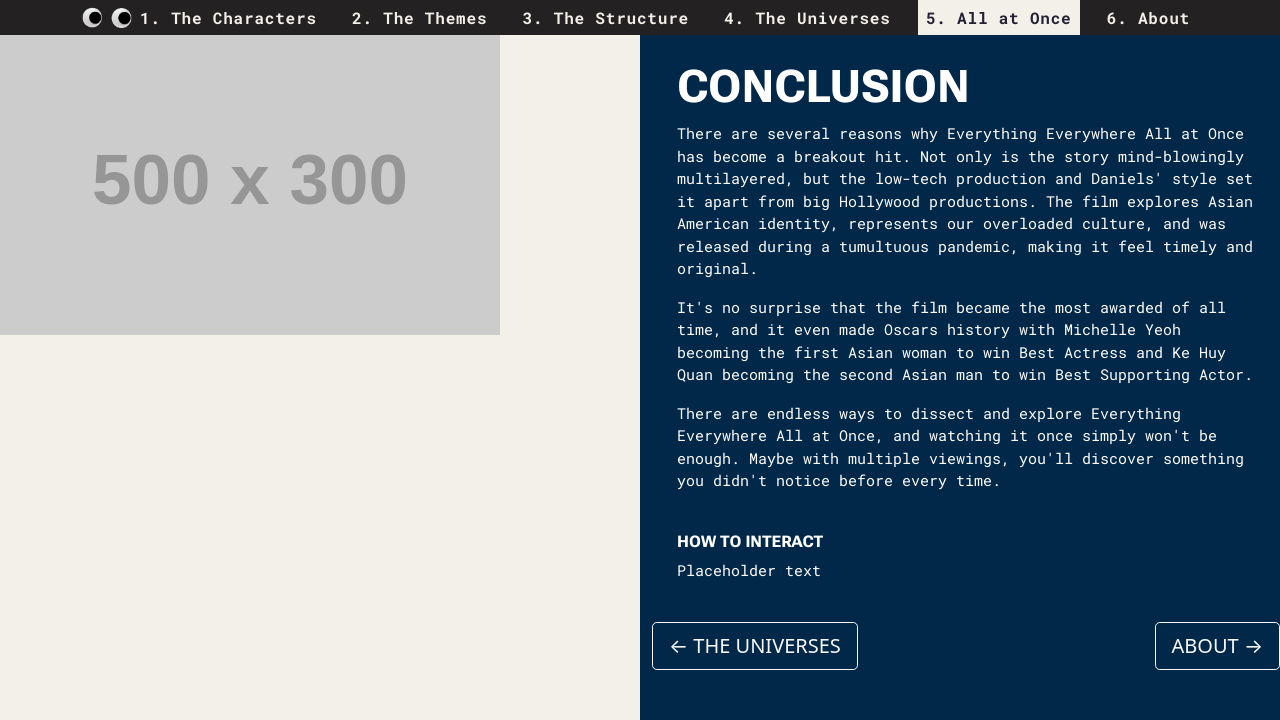
Repository: angelica-hom/msdv-thesis
Page: conclusion.html
The author's editor kept a record of every edit. The page is drawn from the files as they stood at one moment, then again after the next edit.
The browser window is 1280 px wide. The pictures show the whole page.

Above is the page before.

### conclusion.html
<!doctype html>
<html lang="en">
<head>
    <meta charset="utf-8">
    <meta name="viewport" content="width=device-width, initial-scale=1">
    <link href="https://cdn.jsdelivr.net/npm/bootstrap@5.1.3/dist/css/bootstrap.min.css" rel="stylesheet">
    <link href="once.css" rel="stylesheet">
    <title>Decoding Everything Everywhere All at Once</title>
</head>
<body>
    <nav class="navbar navbar-expand-lg navbar-custom">
        <div class="container">
            <a class="navbar-brand" href="index.html">
                <img src="images/Googly Eyes.png" alt="Decoding Everything Everywhere All at Once" height="50">
            </a>
            <div class="collapse navbar-collapse" id="navbarNav">
                <ul class="navbar-nav mx-auto">
                    <li class="nav-item">
                        <a class="nav-link" href="characters.html">1. The Characters</a>
                    </li>
                    <li class="nav-item">
                        <a class="nav-link" href="themes.html">2. The Themes</a>
                    </li>
                    <li class="nav-item">
                        <a class="nav-link" href="structure.html">3. The Structure</a>
                    </li>
                    <li class="nav-item">
                        <a class="nav-link" href="universes.html">4. The Universes</a>
                    </li>
                    <li class="nav-item">
                        <a class="nav-link btn-selected" href="conclusion.html">5. All at Once</a>
                    </li>
                    <li class="nav-item">
                        <a class="nav-link" href="about.html">6. About</a>
                    </li>
                </ul>
            </div>
        </div>
    </nav>

    <div class="container-fluid">
        <div class="row">
            <div class="col-md-6 left-section">
                <img src="https://via.placeholder.com/500x300" alt="Static image" class="img-fluid">
            </div>
            <div class="col-md-6 d-flex flex-column justify-content-center right-section">
                <div id="content">
                    <h2><span class="bold">CONCLUSION</span></h2>
                    <!--<span class="subheading">PLACEHOLDER TEXT</span>-->
                    <br<br><p>There are several reasons why Everything Everywhere
                    All at Once has become a breakout hit. Not only is the story
                    mind-blowingly multilayered, but the low-tech production and
                    Daniels' style set it apart from big Hollywood productions.
                    The film explores Asian American identity, represents our
                    overloaded culture, and was released during a tumultuous
                    pandemic, making it feel timely and original.</p>
                    <p>It's no surprise that the film became the most awarded of
                    all time, and it even made Oscars history with Michelle Yeoh
                    becoming the first Asian woman to win Best Actress and Ke
                    Huy Quan becoming the second Asian man to win Best Supporting
                    Actor.</p>
                    <p>There are endless ways to dissect and explore Everything
                    Everywhere All at Once, and watching it once simply won't be
                    enough. Maybe with multiple viewings, you'll discover something
                    you didn't notice before every time.</p>
                    <br><h3>HOW TO INTERACT</h3>
                    <p>Placeholder text</p>
                </div>
                <div class="nav-sticky-bottom">
                    <div class="d-flex justify-content-between">
                        <a href="universes.html" class="btn btn-outline-light btn-lg">← THE <span class="button-bold">UNIVERSES</span></a>
                        <a href="about.html" class="btn btn-outline-light btn-lg"><span class="button-bold">ABOUT →</span></a>
                    </div>
                </div>
            </div>
        </div>
    </div>

    <script src="conclusion.js"></script>
    <script src="https://cdn.jsdelivr.net/npm/@popperjs/core@2.11.6/dist/umd/popper.min.js"></script>
    <script src="https://cdn.jsdelivr.net/npm/bootstrap@5.1.3/dist/js/bootstrap.min.js"></script>
</body>
</html>

### once.css
@import url('https://fonts.googleapis.com/css2?family=Roboto+Flex:wght@100;200;300;400;500;600;700;800;900;1000&display=swap');
@import url('https://fonts.googleapis.com/css2?family=Roboto+Mono:ital,wght@0,100;0,200;0,300;0,400;0,500;0,600;0,700;1,100;1,200;1,300;1,400;1,500;1,600;1,700&display=swap');

body, html {
    margin: 0;
    height: 100%;
    overflow-x: hidden;
}

.container-fluid {
    height: calc(100% - 35px); /* Subtract navbar height */
    padding: 0;
}

.row {
    height: 100%;
}

/* NAVBAR */
.navbar-custom {
    margin-bottom: 0;
    height: 35px;
    align-items: center; /* Center the navbar content vertically */
    background-color: #232122; /* New navbar background color */
    width: 100%; /* Make the navbar container wider */
    font-family: 'Roboto Mono', monospace; /* Specify the font family */
    font-weight: 700;
}

.navbar-custom .navbar-brand,
.navbar-custom .nav-link {
    color: #F3EFE9;
    padding: 0;
    line-height: 35px;
    font-size: 16px;
    letter-spacing: 0.05em;
    font-family: 'Roboto Mono', monospace;
    margin: 0; /* Add a margin to create more space between nav items */
}

.navbar-custom .navbar-nav {
    flex-grow: 1;
    display: flex;
    justify-content: space-between; /* Spread out the nav items */
}

.navbar-custom .nav-link:hover {
    color: #232122;
    background-color: #F3EFE9; /* New background color on hover */
}

/* Change the background-color and color for the "Characters" button */
.btn-selected {
    background-color: #F3EFE9 !important;
    color: #232133 !important;
}

/*a:focus, a:active, a:hover {*/
/*  outline: none;*/
/*  text-decoration: none;*/
  /*color: #F3EFE9; /* Set the desired color for the links */
/*}*/

/* Change the color of an inactive (unvisited) hyperlink */
a {
    color: #08BDBD; /* Replace with your desired color */
}

/* Change the color of a hyperlink when hovered over */
a:hover {
    color: #5A9; /* Replace with your desired color */
}

/* LEFT SECTION STYLE */
.left-section {
    background-color: #F3EFE9;
}

/* RIGHT SECTION STYLE */
.right-section {
    background-color: #012749;
    color: #FFF; /* Set text color to white for better contrast */
    justify-content: flex-start!important;
}

.right-section #content {
    padding: 25px;
}

.right-section #content h2 {
    font-family: 'Roboto Flex', sans-serif;
    font-style: normal;
    font-weight: 200;
    font-size: 45px;
}

.right-section #content .subheading {
    font-family: 'Roboto Flex', sans-serif;
    font-style: normal;
    font-weight: 800;
    font-size: 16px;
}

.right-section #content h3 {
    font-family: 'Roboto Flex', sans-serif;
    font-style: normal;
    font-weight: 800;
    font-size: 16px;
}

@media (max-width: 768px) {
  h2 {
    font-size: 28px;
  }
}

.right-section #content .bold {
    font-weight: 800;
}

.right-section #content p {
    font-family: 'Roboto Mono', monospace;
    font-style: normal;
    font-weight: 400;
    font-size: 15px;
}

/* VISUALIZATION */
.vertical-center {
  margin: 0;
  position: relative;
  top: 50%;
  -ms-transform: translateY(-50%);
  transform: translateY(-50%);
}

### conclusion.js
document.addEventListener('keydown', function (event) {
    if (event.code === 'ArrowLeft') {
        window.location.href = 'universes.html';
    }
});

document.addEventListener('keydown', function (event) {
    if (event.code === 'ArrowRight') {
        window.location.href = 'about.html';
    }
});

### conclusion.css
@import url('https://fonts.googleapis.com/css2?family=Roboto+Flex:wght@100;200;300;400;500;600;700;800;900;1000&display=swap');
@import url('https://fonts.googleapis.com/css2?family=Roboto+Mono:ital,wght@0,100;0,200;0,300;0,400;0,500;0,600;0,700;1,100;1,200;1,300;1,400;1,500;1,600;1,700&display=swap');

body, html {
    margin: 0;
    height: 100%;
    overflow-x: hidden;
}

.container-fluid {
    height: calc(100% - 35px); /* Subtract navbar height */
    padding: 0;
}

.row {
    height: 100%;
}

/* NAVBAR */
.navbar-custom {
    margin-bottom: 0;
    height: 35px;
    align-items: center; /* Center the navbar content vertically */
    background-color: #232122; /* New navbar background color */
    width: 100%; /* Make the navbar container wider */
    font-family: 'Roboto Mono', monospace; /* Specify the font family */
    font-weight: 700;
}

.navbar-custom .navbar-brand,
.navbar-custom .nav-link {
    color: #F3EFE9;
    padding: 0;
    line-height: 35px;
    font-size: 16px;
    letter-spacing: 0.05em;
    font-family: 'Roboto Mono', monospace;
    margin: 0; /* Add a margin to create more space between nav items */
}

.navbar-custom .navbar-nav {
    flex-grow: 1;
    display: flex;
    justify-content: space-between; /* Spread out the nav items */
}

.navbar-custom .nav-link:hover {
    color: #232122;
    background-color: #F3EFE9; /* New background color on hover */
}

/* Change the background-color and color for the "Characters" button */
.btn-selected {
    background-color: #F3EFE9 !important;
    color: #232133 !important;
}

/*a:focus, a:active, a:hover {*/
/*  outline: none;*/
/*  text-decoration: none;*/
  /*color: #F3EFE9; /* Set the desired color for the links */
/*}*/

/* Change the color of an inactive (unvisited) hyperlink */
a {
    color: #08BDBD; /* Replace with your desired color */
}

/* Change the color of a hyperlink when hovered over */
a:hover {
    color: #5A9; /* Replace with your desired color */
}

/* RIGHT SECTION STYLE */
.right-section {
    background-color: #F3EFE9;
    display: flex;
    align-items: center; /* Vertically center the content */
    justify-content: center; /* Horizontally center the content */
}

/* LEFT SECTION STYLE */
.left-section {
    background-color: #1B3D5B;
    color: #F3EFE9; /* Set text color to white for better contrast */
    justify-content: flex-start!important;
    position: relative;
}

.left-section #content {
    padding: 25px;
}

.left-section #content h2 {
    font-family: 'Roboto Flex', sans-serif;
    font-style: normal;
    font-weight: 200;
    font-size: 50px;
}

.left-section #content .subheading {
    font-family: 'Roboto Flex', sans-serif;
    font-style: normal;
    font-weight: 800;
    font-size: 18px;
}

.left-section #content h3 {
    font-family: 'Roboto Flex', sans-serif;
    font-style: normal;
    font-weight: 800;
    font-size: 18px;
}

@media (max-width: 768px) {
  h2 {
    font-size: 28px;
  }
}

.left-section #content .bold {
    font-weight: 800;
}

.left-section #content p {
    font-family: 'Roboto Mono', monospace;
    font-style: normal;
    font-weight: 400;
    font-size: 16px;
}

.justify-content-between {
    padding: 0px 25px!important;
    font-family: 'Roboto Flex', sans-serif!important;
}

.interact {
    border: 2px solid black;
    background-color: #F3EFE9;
    color: #232122;
    padding: 10px 20px;
}

.button-bold {
    font-weight: 800;
}

.nav-sticky-bottom {
    position: absolute;
    bottom: 0;
    left: 0;
    right: 0;
    padding: 1rem;
}

/* VISUALIZATION */
.flourish-embed-container {
    width: 100%;
}

After the next edit:
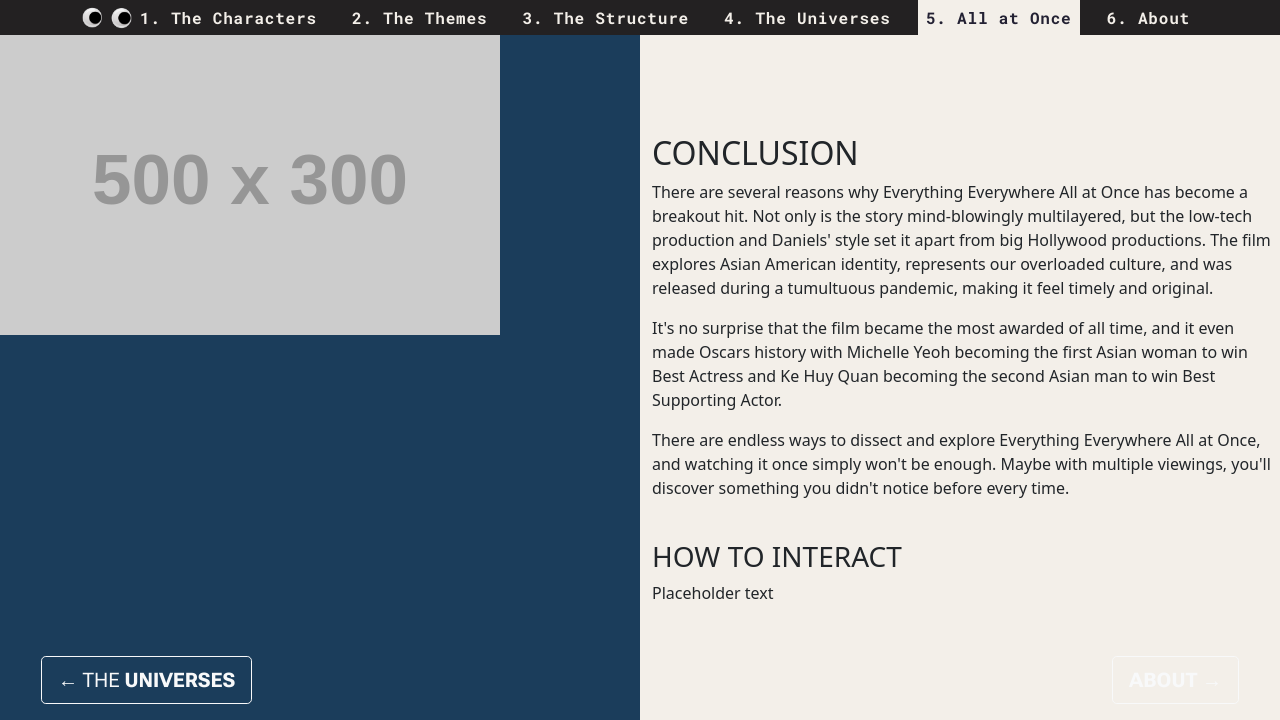
The edit:
--- a/conclusion.html
+++ b/conclusion.html
@@ -4,7 +4,7 @@
     <meta charset="utf-8">
     <meta name="viewport" content="width=device-width, initial-scale=1">
     <link href="https://cdn.jsdelivr.net/npm/bootstrap@5.1.3/dist/css/bootstrap.min.css" rel="stylesheet">
-    <link href="once.css" rel="stylesheet">
+    <link href="conclusion.css" rel="stylesheet">
     <title>Decoding Everything Everywhere All at Once</title>
 </head>
 <body>
